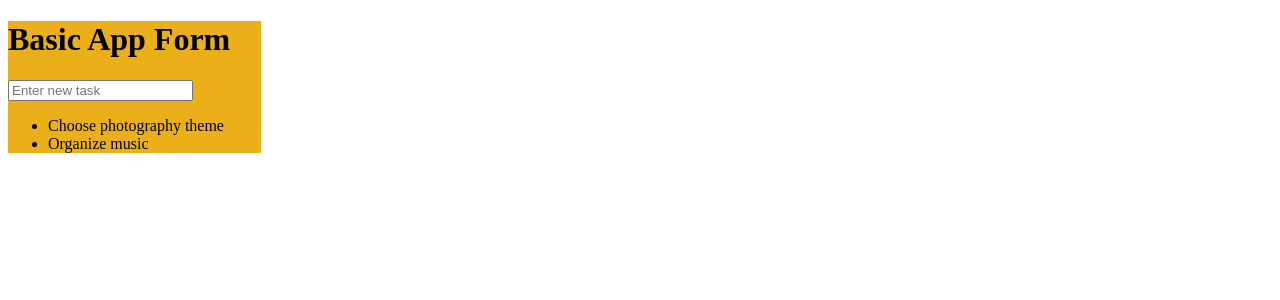
Repository: Kayla-amr/dgm_3760
Page: todoTemplate-W2/index.html
These files come from the project's save history. The page is drawn as it stood at one moment and after the next save; the edit follows.
The browser window is 1280 px wide. The pictures show the whole page.

Above is the page before, as saved 2022-10-17 10:51:20.

### todoTemplate-W2/index.html
<!DOCTYPE html>
<html lang="en">
<head>
    <meta charset="UTF-8">
    <meta http-equiv="X-UA-Compatible" content="IE=edge">
    <meta name="viewport" content="width=device-width, initial-scale=1.0">
    <link rel="stylesheet" href="styles.css">
    <title>Basic Todo App</title>
</head>
<body>
    <main>
    <div class="taskForm">
        <h1 class="formTitle"></h1>
        <input class ="userInput"  type="text" placeholder="Enter new task">
        <ul class='tasks'>
        </ul>
    </main>

    </div>
</body>
<script src="/todoTemplate-W2/index.js"></script>
</html>

### todoTemplate-W2/styles.css
.taskForm{
    background-color: #eaaf19;
    width: 20%;
}

### todoTemplate-W2/index.js
let myList = [
  {
    id: 0,
    name: "Choose photography theme",
    category: "Homework",
    due_date: "Tomorrow",
    status: false,
  },
  {
    id: 1,
    name: "Organize music",
    category: "Chores",
    due_date: "Wednesday",
    status: false,
  },
];

//app title
document.querySelector(".formTitle").innerText = "Basic App Form";



//view todods
myList.forEach(function(myTask){
  document.querySelector('.tasks').innerHTML += `<li> ${myTask.name} </li>`;
});


//add todos
function addTask(){
  myList = myList.map(function(newTask){
    newTask = []
  })
}

// myTask(myList, (num) => {
//   console.log (num)
// })

After the next save:
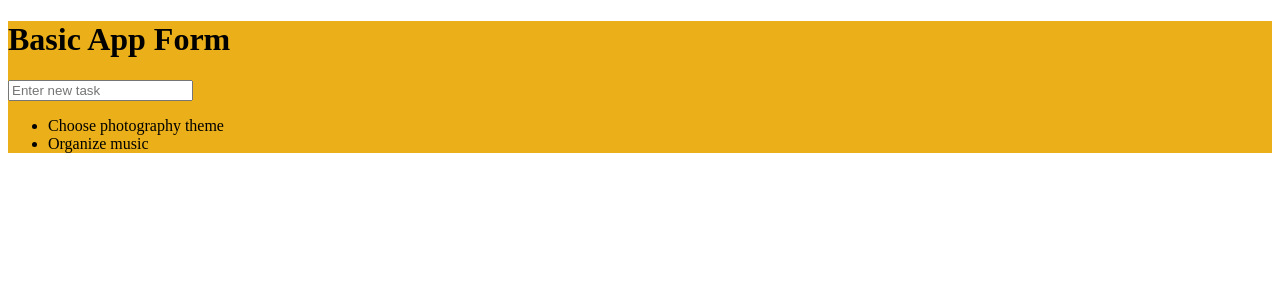
Saved 7 s later.
--- a/todoTemplate-W2/styles.css
+++ b/todoTemplate-W2/styles.css
@@ -1,4 +1,4 @@
 .taskForm{
     background-color: #eaaf19;
-    width: 20%;
+    width: ;
 }
